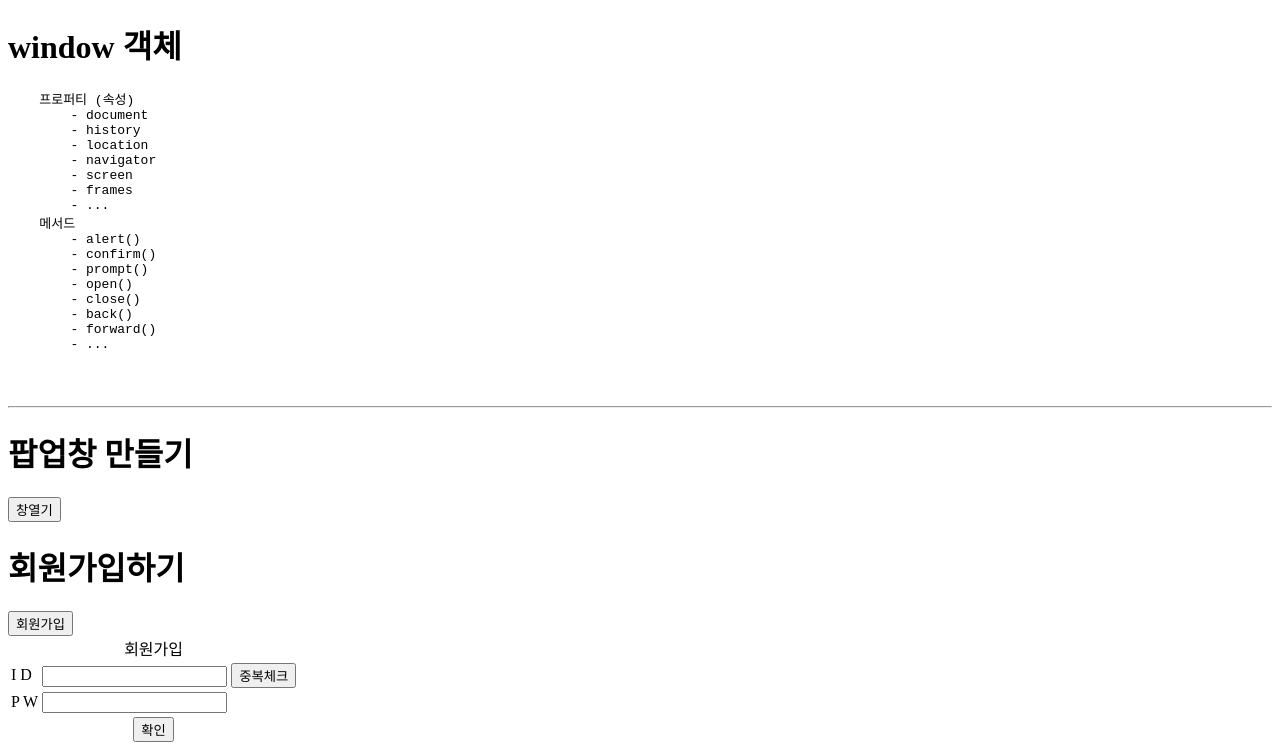
Repository: junewjdtn/TIL
Page: HTML+CSS/html_vscode_UI/4_JS_ec/JS/WebContent/js20_window01.html
These files come from the project's save history. The page is drawn as it stood at one moment and after the next save; the edit follows.
The browser window is 1280 px wide. The pictures show the whole page.

Above is the page before, as saved 2022-05-18 04:13:26.

After the next save:
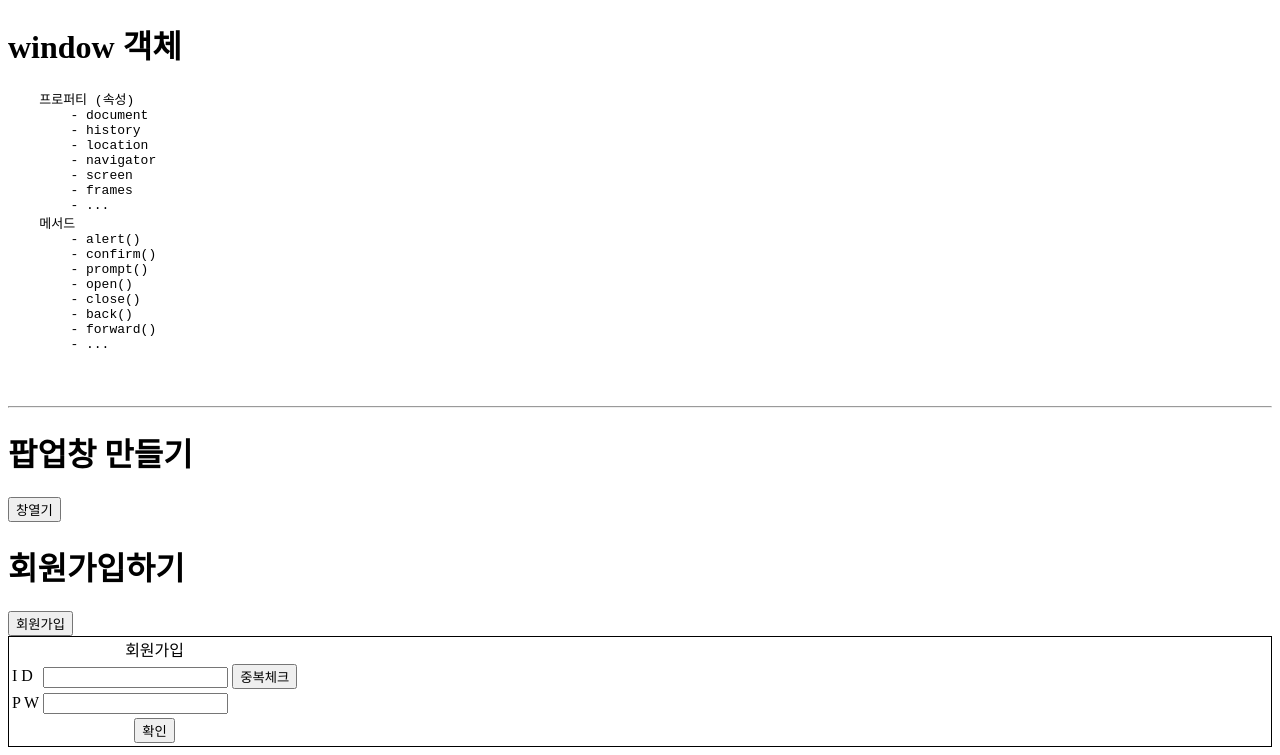
Saved 64 s later.
--- a/HTML+CSS/html_vscode_UI/4_JS_ec/JS/WebContent/js20_window01.html
+++ b/HTML+CSS/html_vscode_UI/4_JS_ec/JS/WebContent/js20_window01.html
@@ -5,7 +5,11 @@
     <meta http-equiv="X-UA-Compatible" content="IE=edge">
     <meta name="viewport" content="width=device-width, initial-scale=1.0">
     <title>window01</title>
-
+    <style>
+    	#regist{
+    		border: 1px solid black;
+    	}
+    </style>
     <script>
         function openWin(){
             window.open("js20_window02.html", "", "width=500px, height=500px");
